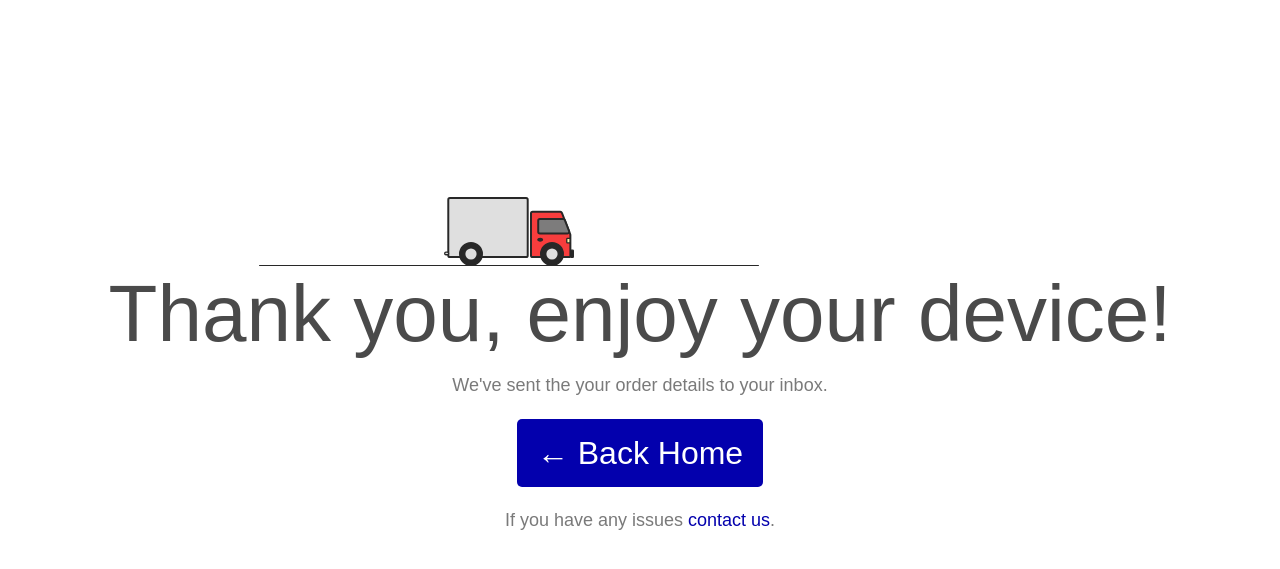
Repository: Davidobi21/macelect
Page: frontend/pages/thank-you.html
These files come from the project's save history. The page is drawn as it stood at one moment and after the next save; the edit follows.
The browser window is 1280 px wide. The pictures show the whole page.

Above is the page before, as saved 2025-05-06 10:35:51.

### frontend/pages/thank-you.html
<!DOCTYPE html>
<html lang="en">
<head>
  <meta charset="UTF-8">
  <meta name="viewport" content="width=device-width, initial-scale=1.0">
  <title>Thank You</title>
  <link href="https://cdn.jsdelivr.net/npm/bootstrap@5.3.0-alpha1/dist/css/bootstrap.min.css" rel="stylesheet">
  <style>
    body {
      display: flex;
      justify-content: center;
      align-items: center;
      height: 100vh;
      margin: 0;
      font-family: 'Arial', sans-serif;
    }

    /* From Uiverse.io by vinodjangid07 */
.loader {
  width: 800px;
  height: 100px;
  display: flex;
  align-items: center;
  justify-content: center;
}

.truckWrapper {
  width: 500px;
  height: 100px;
  display: flex;
  flex-direction: column;
  position: relative;
  align-items: center;
  justify-content: flex-end;
  overflow-x: hidden;
}
/* truck upper body */
.truckBody {
  width: 130px;
  height: fit-content;
  margin-bottom: 6px;
  animation: motion 1s linear infinite;
}
/* truck suspension animation*/
@keyframes motion {
  0% {
    transform: translateY(0px);
  }
  50% {
    transform: translateY(3px);
  }
  100% {
    transform: translateY(0px);
  }
}
/* truck's tires */
.truckTires {
  width: 130px;
  height: fit-content;
  display: flex;
  align-items: center;
  justify-content: space-between;
  padding: 0px 10px 0px 15px;
  position: absolute;
  bottom: 0;
}
.truckTires svg {
  width: 24px;
}

.road {
  width: 100%;
  height: 1.5px;
  background-color: #282828;
  position: relative;
  bottom: 0;
  align-self: flex-end;
  border-radius: 3px;
}
.road::before {
  content: "";
  position: absolute;
  width: 20px;
  height: 100%;
  background-color: #282828;
  right: -50%;
  border-radius: 3px;
  animation: roadAnimation 1.4s linear infinite;
  border-left: 10px solid white;
}
.road::after {
  content: "";
  position: absolute;
  width: 10px;
  height: 100%;
  background-color: #282828;
  right: -65%;
  border-radius: 3px;
  animation: roadAnimation 1.4s linear infinite;
  border-left: 4px solid white;
}

.lampPost {
  position: absolute;
  bottom: 0;
  right: -90%;
  height: 90px;
  animation: roadAnimation 1.4s linear infinite;
}

@keyframes roadAnimation {
  0% {
    transform: translateX(0px);
  }
  100% {
    transform: translateX(-350px);
  }
}

    .thank-you-container {
      text-align: center;
      padding: 40px;
      border-radius: 10px;
    }
    .thank-you-container img {
      width: 400px;
      margin-bottom: 20px;
    }
    .thank-you-container h1 {
      font-size: 5rem;
      color: #4a4a4a;
      margin-bottom: 10px;
    }
    .thank-you-container p {
      color: #7a7a7a;
      font-size: large;
      margin-bottom: 20px;
    }
    .thank-you-container .btn {
      background-color: #0300ad;
      color: #fff;
      padding: 10px 20px;
      border: none;
      border-radius: 5px;
      text-decoration: none;
      font-size: 2rem;
    }
    .thank-you-container .btn:hover {
      background-color: #e14c6a;
    }
    .thank-you-container .contact {
      margin-top: 20px;
      font-size: 0.9rem;
      color: #7a7a7a;
    }
    .thank-you-container .contact a {
      color:  #0300ad;
      text-decoration: none;
    }
    .thank-you-container .contact a:hover {
      text-decoration: underline;
    }
  </style>
</head>
<body>
  <div class="thank-you-container">
    <!-- From Uiverse.io by vinodjangid07 -->
<div class="loader">
  <div class="truckWrapper">
    <div class="truckBody">
      <svg
        xmlns="http://www.w3.org/2000/svg"
        fill="none"
        viewBox="0 0 198 93"
        class="trucksvg"
      >
        <path
          stroke-width="3"
          stroke="#282828"
          fill="#F83D3D"
          d="M135 22.5H177.264C178.295 22.5 179.22 23.133 179.594 24.0939L192.33 56.8443C192.442 57.1332 192.5 57.4404 192.5 57.7504V89C192.5 90.3807 191.381 91.5 190 91.5H135C133.619 91.5 132.5 90.3807 132.5 89V25C132.5 23.6193 133.619 22.5 135 22.5Z"
        ></path>
        <path
          stroke-width="3"
          stroke="#282828"
          fill="#7D7C7C"
          d="M146 33.5H181.741C182.779 33.5 183.709 34.1415 184.078 35.112L190.538 52.112C191.16 53.748 189.951 55.5 188.201 55.5H146C144.619 55.5 143.5 54.3807 143.5 53V36C143.5 34.6193 144.619 33.5 146 33.5Z"
        ></path>
        <path
          stroke-width="2"
          stroke="#282828"
          fill="#282828"
          d="M150 65C150 65.39 149.763 65.8656 149.127 66.2893C148.499 66.7083 147.573 67 146.5 67C145.427 67 144.501 66.7083 143.873 66.2893C143.237 65.8656 143 65.39 143 65C143 64.61 143.237 64.1344 143.873 63.7107C144.501 63.2917 145.427 63 146.5 63C147.573 63 148.499 63.2917 149.127 63.7107C149.763 64.1344 150 64.61 150 65Z"
        ></path>
        <rect
          stroke-width="2"
          stroke="#282828"
          fill="#FFFCAB"
          rx="1"
          height="7"
          width="5"
          y="63"
          x="187"
        ></rect>
        <rect
          stroke-width="2"
          stroke="#282828"
          fill="#282828"
          rx="1"
          height="11"
          width="4"
          y="81"
          x="193"
        ></rect>
        <rect
          stroke-width="3"
          stroke="#282828"
          fill="#DFDFDF"
          rx="2.5"
          height="90"
          width="121"
          y="1.5"
          x="6.5"
        ></rect>
        <rect
          stroke-width="2"
          stroke="#282828"
          fill="#DFDFDF"
          rx="2"
          height="4"
          width="6"
          y="84"
          x="1"
        ></rect>
      </svg>
    </div>
    <div class="truckTires">
      <svg
        xmlns="http://www.w3.org/2000/svg"
        fill="none"
        viewBox="0 0 30 30"
        class="tiresvg"
      >
        <circle
          stroke-width="3"
          stroke="#282828"
          fill="#282828"
          r="13.5"
          cy="15"
          cx="15"
        ></circle>
        <circle fill="#DFDFDF" r="7" cy="15" cx="15"></circle>
      </svg>
      <svg
        xmlns="http://www.w3.org/2000/svg"
        fill="none"
        viewBox="0 0 30 30"
        class="tiresvg"
      >
        <circle
          stroke-width="3"
          stroke="#282828"
          fill="#282828"
          r="13.5"
          cy="15"
          cx="15"
        ></circle>
        <circle fill="#DFDFDF" r="7" cy="15" cx="15"></circle>
      </svg>
    </div>
    <div class="road"></div>

    <svg
      xml:space="preserve"
      viewBox="0 0 453.459 453.459"
      xmlns:xlink="http://www.w3.org/1999/xlink"
      xmlns="http://www.w3.org/2000/svg"
      id="Capa_1"
      version="1.1"
      fill="#000000"
      class="lampPost"
    >
      <path
        d="M252.882,0c-37.781,0-68.686,29.953-70.245,67.358h-6.917v8.954c-26.109,2.163-45.463,10.011-45.463,19.366h9.993
c-1.65,5.146-2.507,10.54-2.507,16.017c0,28.956,23.558,52.514,52.514,52.514c28.956,0,52.514-23.558,52.514-52.514
c0-5.478-0.856-10.872-2.506-16.017h9.992c0-9.354-19.352-17.204-45.463-19.366v-8.954h-6.149C200.189,38.779,223.924,16,252.882,16
c29.952,0,54.32,24.368,54.32,54.32c0,28.774-11.078,37.009-25.105,47.437c-17.444,12.968-37.216,27.667-37.216,78.884v113.914
h-0.797c-5.068,0-9.174,4.108-9.174,9.177c0,2.844,1.293,5.383,3.321,7.066c-3.432,27.933-26.851,95.744-8.226,115.459v11.202h45.75
v-11.202c18.625-19.715-4.794-87.527-8.227-115.459c2.029-1.683,3.322-4.223,3.322-7.066c0-5.068-4.107-9.177-9.176-9.177h-0.795
V196.641c0-43.174,14.942-54.283,30.762-66.043c14.793-10.997,31.559-23.461,31.559-60.277C323.202,31.545,291.656,0,252.882,0z
M232.77,111.694c0,23.442-19.071,42.514-42.514,42.514c-23.442,0-42.514-19.072-42.514-42.514c0-5.531,1.078-10.957,3.141-16.017
h78.747C231.693,100.736,232.77,106.162,232.77,111.694z"
      ></path>
    </svg>
  </div>
</div>

    <h1>Thank you, enjoy your device!</h1>
    <p>We've sent the your order details to your inbox.</p>
    <a href="../index.html" class="btn">← Back Home</a>
    <div class="contact">
      <p>If you have any issues <a href="contact.html">contact us</a>.</p>
    </div>
  </div>
</body>
</html>

After the next save:
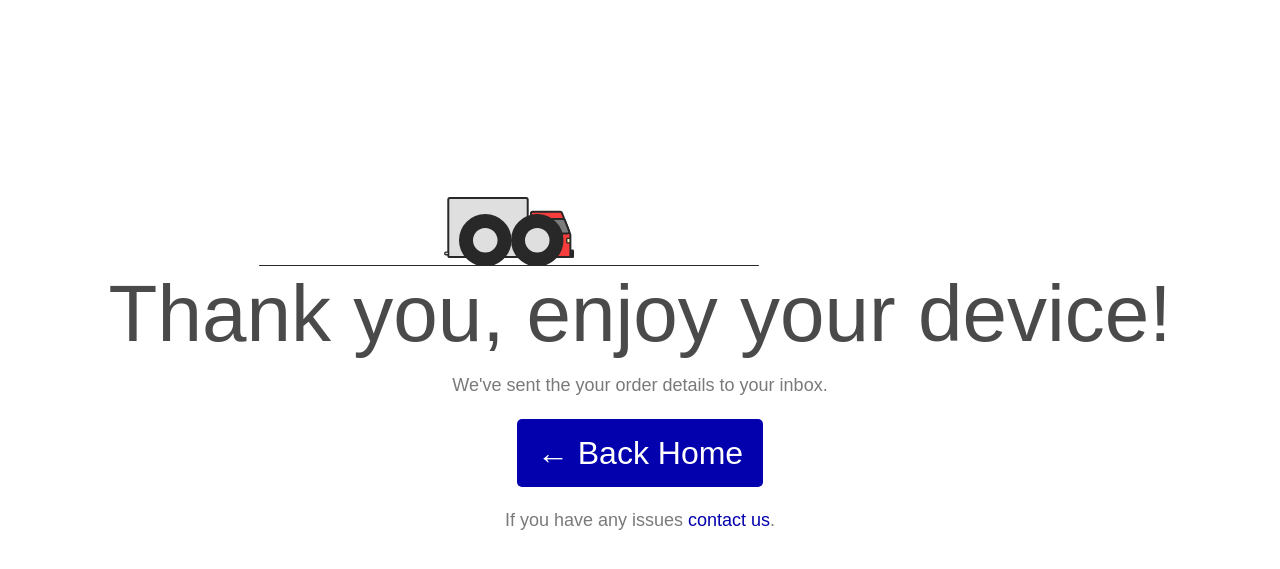
Saved 35 s later.
--- a/frontend/pages/thank-you.html
+++ b/frontend/pages/thank-you.html
@@ -65,7 +65,7 @@
   bottom: 0;
 }
 .truckTires svg {
-  width: 24px;
+  width: 60px;
 }
 
 .road {

After the save that followed:
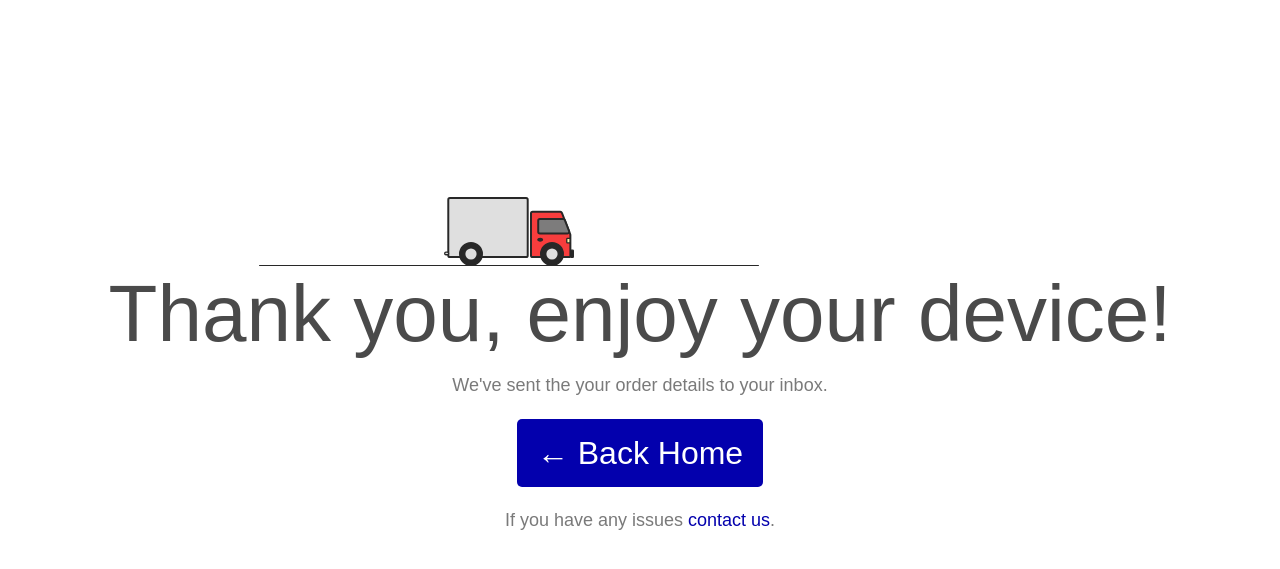
Saved 24 s later.
--- a/frontend/pages/thank-you.html
+++ b/frontend/pages/thank-you.html
@@ -65,7 +65,7 @@
   bottom: 0;
 }
 .truckTires svg {
-  width: 60px;
+  width: 24px;
 }
 
 .road {
@@ -80,7 +80,7 @@
 .road::before {
   content: "";
   position: absolute;
-  width: 20px;
+  width: 50px;
   height: 100%;
   background-color: #282828;
   right: -50%;
